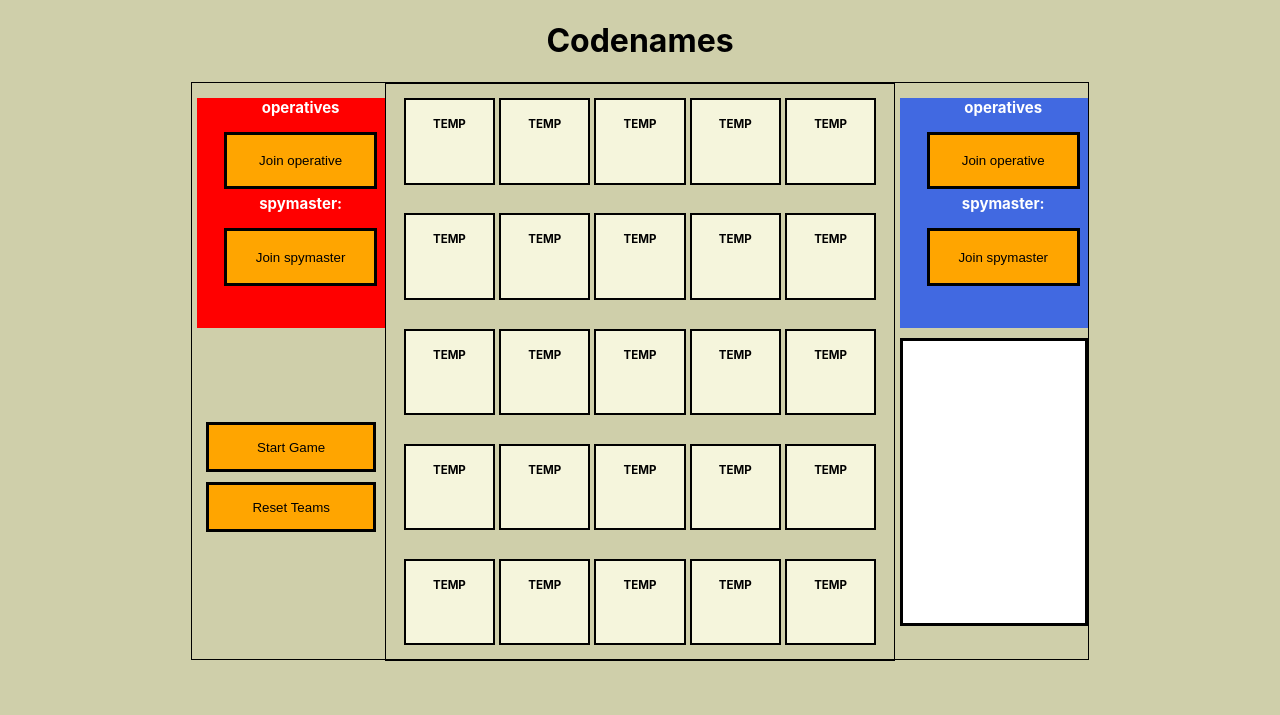
Repository: alcarrizo/Codenames-Fullstack
Page: / (app in client/)
An editor plug-in stored every save of this project. The page is shown before and after the next save, followed by the edit.
The browser window is 1280 px wide. The pictures show the whole page.
The project was rebuilt for these pictures with package versions that can differ from the ones it lists, and the page was loaded fresh each time. Imported but missing from the stored project, and not drawn on this page: client/src/reportWebVitals.

Above is the page before, as saved 2023-01-09 20:29:40.

### client/src/index.js
import React from 'react';
import ReactDOM from 'react-dom/client';
import './index.css';
import App from './App';
import reportWebVitals from './reportWebVitals';
import './css/styles.css'


const root = ReactDOM.createRoot(document.getElementById('root'));
root.render(
  <React.StrictMode>
    <App />
  </React.StrictMode>
);

// If you want to start measuring performance in your app, pass a function
// to log results (for example: reportWebVitals(console.log))
// or send to an analytics endpoint. Learn more: https://bit.ly/CRA-vitals
reportWebVitals();

### client/src/App.js
import logo from './logo.svg';
import './App.css';
import { useState, useEffect } from 'react';

const Wrapper = ({ cards }) => {
  return (
    <div className='wrapper'>
      <PlayerSide className="red" />
      <Board cards={cards} />
      <PlayerSide className="blue" />
      <div className='win-screen hide' id='win-screen'></div>
    </div>
  )
}

const Card = ({ word, className }) => {

  return (
    <div className={className}>
      {word === null ? 'temp' : word}
    </div>
  )
}
const PlayerSide = ({ className }) => {
  if (className === 'red') {
    return (
      <div className={className + "Side"}>
        <PlayerInfo className={className} />
        <div className='menu'>
          <Btn className='menuBtn' id="startBtn" name="Start Game" />
          <Btn className='menuBtn' id="resetBtn" name="Reset Teams" />
        </div>
      </div>
    )
  }
  else {
    return (
      <div className={className + "Side"}>
        <PlayerInfo className={className} />
        <div className='clue-log'></div>
        <Btn className='menuBtn hide' id="endTurn" name="End Turn" />
      </div>
    )
  }
}
const PlayerInfo = ({ className }) => {
  return (
    <div className={className + "Team"}>
      <p>operatives </p>
      <p id={className + '-operative-players'}></p>
      <Btn className="join-button" id={className + '-join-operative'} name="Join operative" />
      <p>spymaster: </p>
      <p id={className + '-spymaster-players'}></p>
      <Btn className="join-button" id={className + '-join-spymaster'} name="Join spymaster" />
      <p id={className + '-remaining-cards'}></p>
    </div>
  )

}

const Btn = (props) => {
  return (
    <button id={props.id} className={props.className}>{props.name}</button>
  )
}

const Board = ({ cards }) => {

  return (
    <div className='gameBoard'>
      {
        cards.map((card, id) =>
          <Card
            key={id}
            className="card"
            word={card} />
        )
      }

    </div>
  )
}

const App = () => {

  const [cards, setCards] = useState(Array(25).fill(null))


  return (
    <div className="App">
      <h1>Codenames</h1>

      <Wrapper cards={cards} />
      <div className='clue-area hide' id='clue-area'>
        <input className='clue-text' id='clue-text' type="text" />
        <div className="rangeDiv" id="rangeDiv">
          <input className="clue-range" id='clueRange' type="range" autoComplete='off' min="0" max="10" defaultValue="0" />
          <h3 className="range-number" id="rangeNumber">0</h3>
        </div>
        <Btn className="clue-submit" id="clue-submit" name="Give Clue" />
      </div>

    </div>
  );
}

export default App;

### client/src/css/styles.css
body {
    background-color: #cfcfaa;
}

body.red {
    background-color: #b44c2b;
}

body.blue {
    background-color: #4799b7;
}

.wrapper {
    position: relative;
    border: 0.05rem solid black;
    width: 70%;
    height: 80vh;
    display: flex;
    background: none;
    margin: 0 auto;

}

.gameBoard {
    display: flex;
    flex-wrap: wrap;
    justify-content: center;
    text-align: center;
    width: 35rem;
    height: 100%;
    /*   width: 500px;
    height: 500px; */
    /*width: 15rem;
    height: 15rem;
    */
    border: 0.05rem solid black;
    margin: auto;
}



.card {
    /* background-color: royalblue; */
    background-color: beige;
    box-sizing: border-box;
    /*width: 75px;
    height: 65px;
  */
    /*   width: 5.5rem;
    height: 5rem; */
    width: 18%;
    height: 15%;
    margin: auto 2px;
    border: 2px black solid;
    font-size: .9vw;
    padding-top: 17px;
    text-transform: uppercase;
    font-weight: bold;
    transition: none;
}

.card.blue {
    background-color: royalblue;

}

.card.red {
    background-color: #ff6000;
}

.card.black {
    background-color: black;
    color: white;

}

.card.beige {
    background-color: #b9b979;
}

.card.blue,
.card.red,
.card.black,
.card.beige {
    transition: background-color 1s;
}

.card.blue.picked,
.card.red.picked,
.card.black.picked,
.card.beige.picked {
    transition: opacity 1s;
    opacity: 50%;
}


.redSide,
.blueSide {
    color: white;
    height: 100%;
    width: 13rem;
    font-size: 15px;
    font-weight: bold;
    padding-left: 5px;
    padding-bottom: 10px;
    margin: 0 auto;
}

.blueTeam,
.redTeam {
    height: 40%;
    margin-top: 10px;
    padding-left: 10%;

    box-sizing: border-box;
}

.redTeam {
    background-color: red;

}

.blueTeam {
    background-color: royalblue;

}

.blueSide {
    height: 100%;
}

.join-button {
    display: block;
    width: 90%;
    height: 25%;
    margin: 0 auto;
    background-color: orange;
    border: black solid 3px;
    margin-bottom: -10px;
}

.join-button.hide {
    display: none;
}

.menuBtn {
    display: block;
    width: 90%;
    height: 50px;
    margin: 0 auto;
    background-color: orange;
    border: black solid 3px;
    margin-bottom: 10px;


}

.menuBtn.hide {
    display: none;
}

.menu {
    display: block;
    width: 100%;
    margin-top: 50%;
}

.clue-log {
    color: black;
    width: 100%;
    height: 50%;
    margin-top: 10px;
    padding-left: 10px;
    background-color: white;
    box-sizing: border-box;
    border: black solid 3px;
    overflow-y: auto;
    line-height: 1.5;
}

.rangeDiv {
    display: inline-block;
    text-align: center;

}

.rangeDiv h3 {
    margin: 0;
    display: inline-block;
}

.clue-area {
    margin: 10px auto 0;
    width: 400px;
    height: 50px;
    margin-bottom: 15px;
}

.clue-area.hide {
    display: none;
}

.clue-submit {
    display: block;
    margin: 10px auto 0;
}

.win-screen {
    box-sizing: border-box;
    position: absolute;
    width: 30%;
    height: 30%;
    background-color: orange;
    top: 35%;
    left: 35%;
    text-align: center;
    font-size: 35px;
    line-height: 170px;
    font-weight: 800;
    border: black solid 3px;

}

.win-screen.hide {
    display: none;
}

Loaded but not shown: client/public/index.html (common file); client/src/index.css (common file); client/src/App.css (common file)

After the next save:
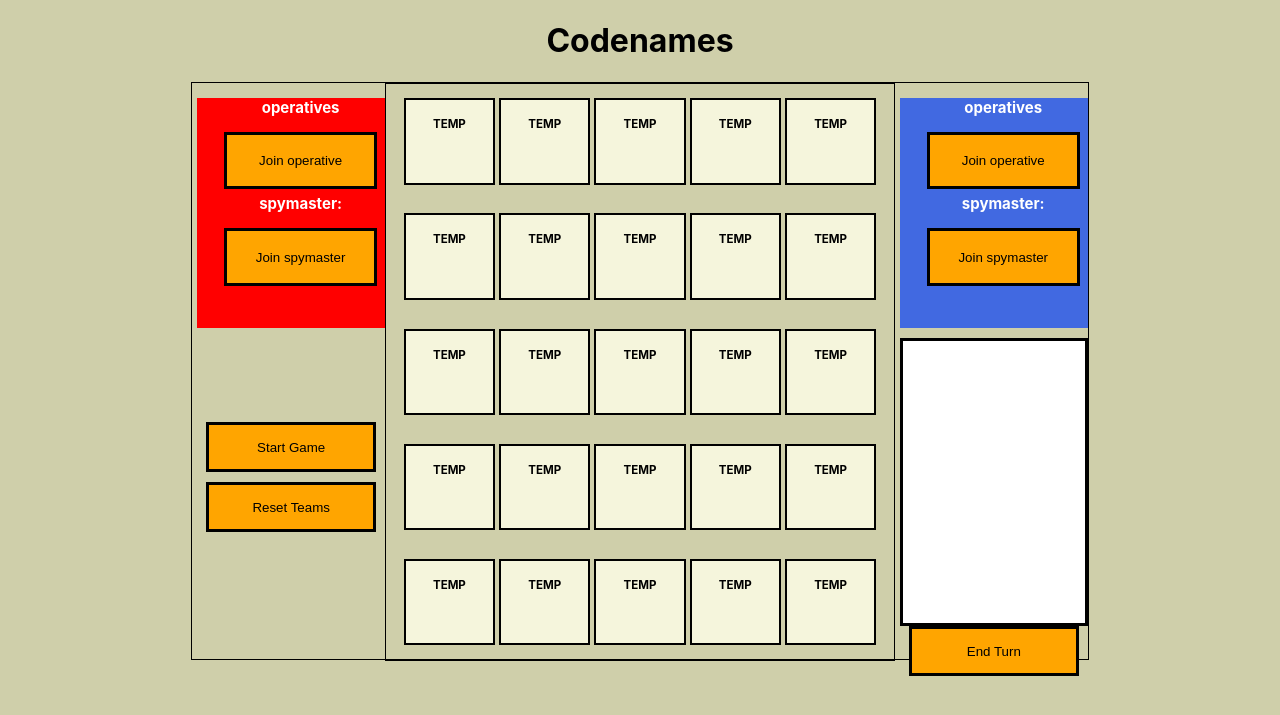
Saved 47 s later.
--- a/client/src/App.js
+++ b/client/src/App.js
@@ -38,7 +38,7 @@ const PlayerSide = ({ className }) => {
       <div className={className + "Side"}>
         <PlayerInfo className={className} />
         <div className='clue-log'></div>
-        <Btn className='menuBtn hide' id="endTurn" name="End Turn" />
+        <Btn className='menuBtn' id="endTurn" name="End Turn" />
       </div>
     )
   }
